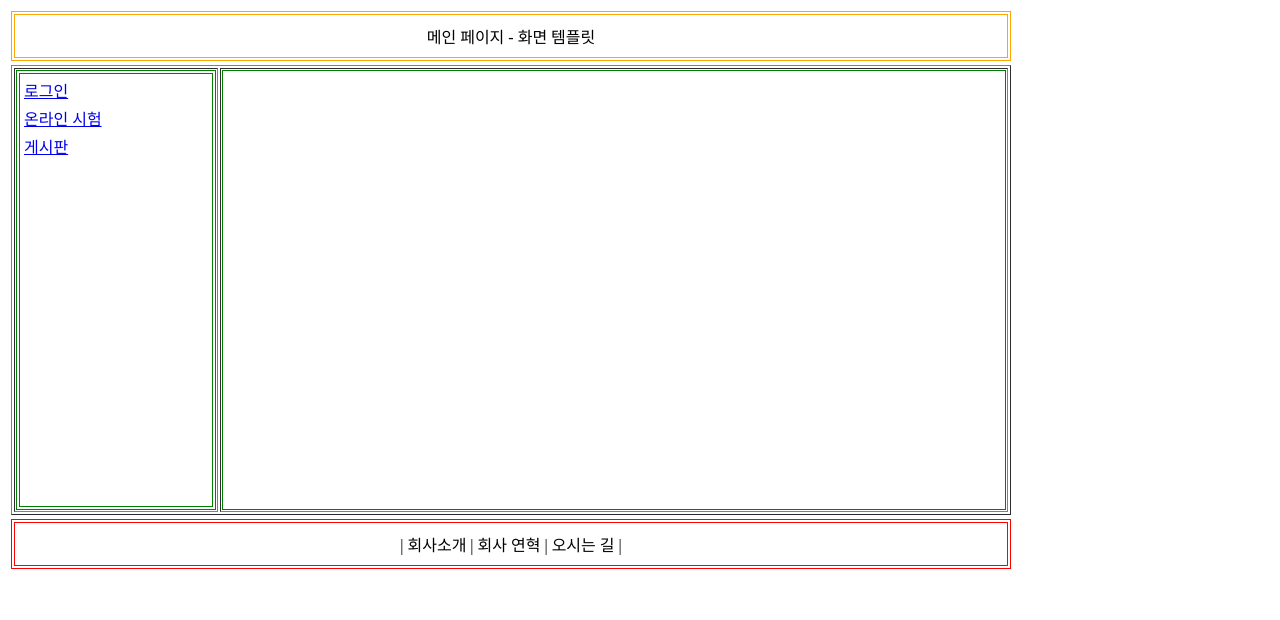
Repository: ikobean/ikoebean
Page: http://localhost/dev_jsp/ch07/index.jsp
These files come from the project's save history. The page is drawn as it stood at one moment and after a run of saves; the edit follows.
The browser window is 1280 px wide. The pictures show the whole page.
The page is served by Tomcat 9.

Above is the page before, as saved 2019-07-17 02:45:18.

After the next 2 saves:
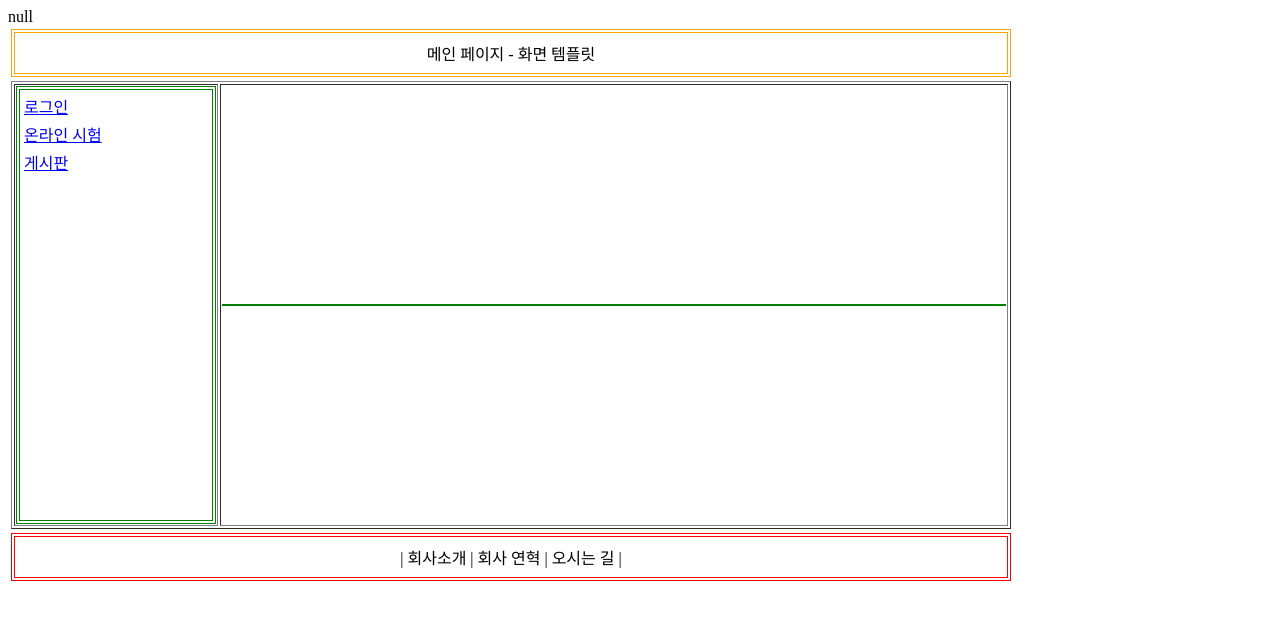
The 2 saves are shown as one change because 1 did not build or start.
The last was saved 16 s later.
--- a/workspace_jsp/dev_jsp/WebContent/ch07/index.jsp
+++ b/workspace_jsp/dev_jsp/WebContent/ch07/index.jsp
@@ -1,7 +1,8 @@
 <%@ page language="java" contentType="text/html; charset=UTF-8"
     pageEncoding="UTF-8"%>
 <%
-	String name = request.getParameter("menu");
+	String menu = request.getParameter("menu");
+	out.print(menu);
 %>
 <!DOCTYPE html>
 <html>
